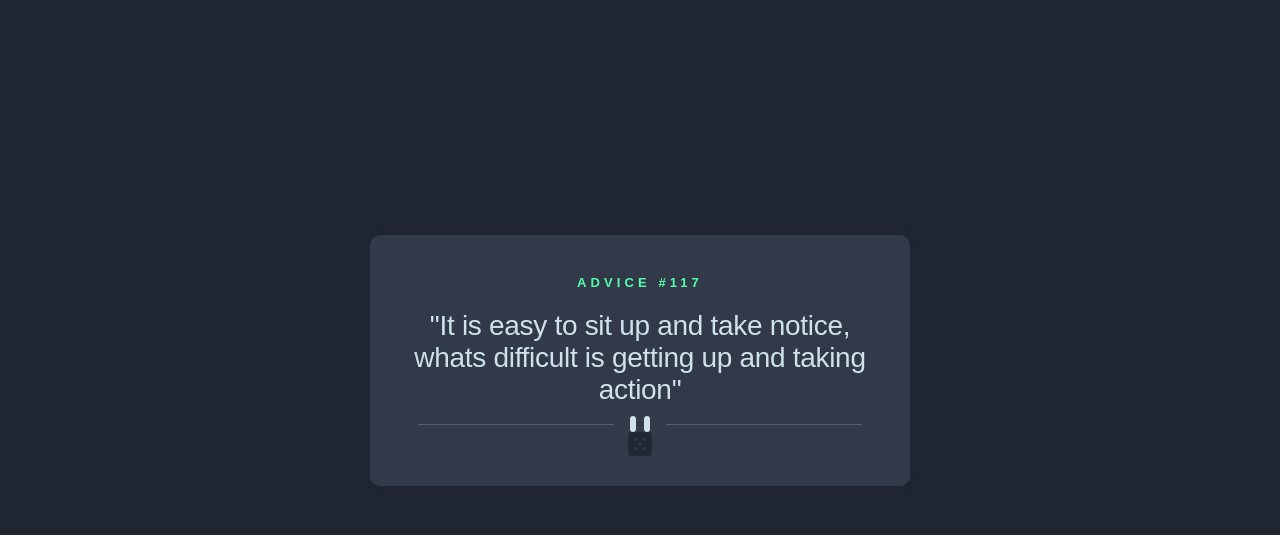
Repository: Arkitecth/advice-generator
Page: index.html
The author's editor kept a copy of each file at every save. The page is drawn from the files as they stood at one save, then again after the next save.
The browser window is 1280 px wide. The pictures show the whole page.

Above is the page before, as saved 2023-07-12 17:45:31.

### index.html
<!DOCTYPE html>
<html lang="en">
<head>
  <meta charset="UTF-8">
  <meta name="viewport" content="width=device-width, initial-scale=1.0"> <!-- displays site properly based on user's device -->

  <link rel="icon" type="image/png" sizes="32x32" href="./images/favicon-32x32.png">
  <link rel="stylesheet" href="style.css">
  <title>Advice generator app</title>

</head>
<body>
  <div class="container">
    <p class="advice">Advice <span class="advice-num">#117</span></p>
    <p class="advice-text">"It is easy to sit up and take notice, whats difficult is getting up and taking action"</p>
    <img src="images/pattern-divider-desktop.svg" alt="pattern-divider-desktop">
    <img src="images/icon-dice.svg" alt="dice-icon">
  </div>
</body>
</html>

### style.css
:root {
    --dark-blue: hsl(218, 23%, 16%);
    --dark-grayish-blue:hsl(217, 19%, 24%);
    --light-cyan:  hsl(193, 38%, 86%);
    --neon-green:hsl(150, 100%, 66%);
    --grayish-blue:hsl(217, 19%, 38%);
}
* {
    margin: 0;
    padding:0;
    box-sizing: border-box;
    font-family: 'Manrope', sans-serif;
}
@import url('https://fonts.googleapis.com/css2?family=Manrope:wght@800&display=swap');


body {
    background-color: var(--dark-blue);
    display: flex;
    height: 100vh;
    align-items: center;
}

.container {
    margin: 0 auto;
    background-color: var(--dark-grayish-blue);
    max-width: 540px;
    padding: 30px;
    border-radius: 10px;
    box-shadow: 3px 0px 5px var(--dark-blue);
    display: flex;
    flex-direction: column;
    align-items: center;
    align-content: space-around;
    justify-content: space-between;
}

.advice {
    color: var(--neon-green);
    text-transform: uppercase;
    font-weight: 800;
    letter-spacing: 4.086px;
    font-size: 0.8125rem;
    margin: 10px 10px;
}

.advice-text {
    color: var(--light-cyan);
    text-align: center;
    font-size: 28px;
    letter-spacing: -0.3px;
    margin: 10px 10px;
}

After the next save:
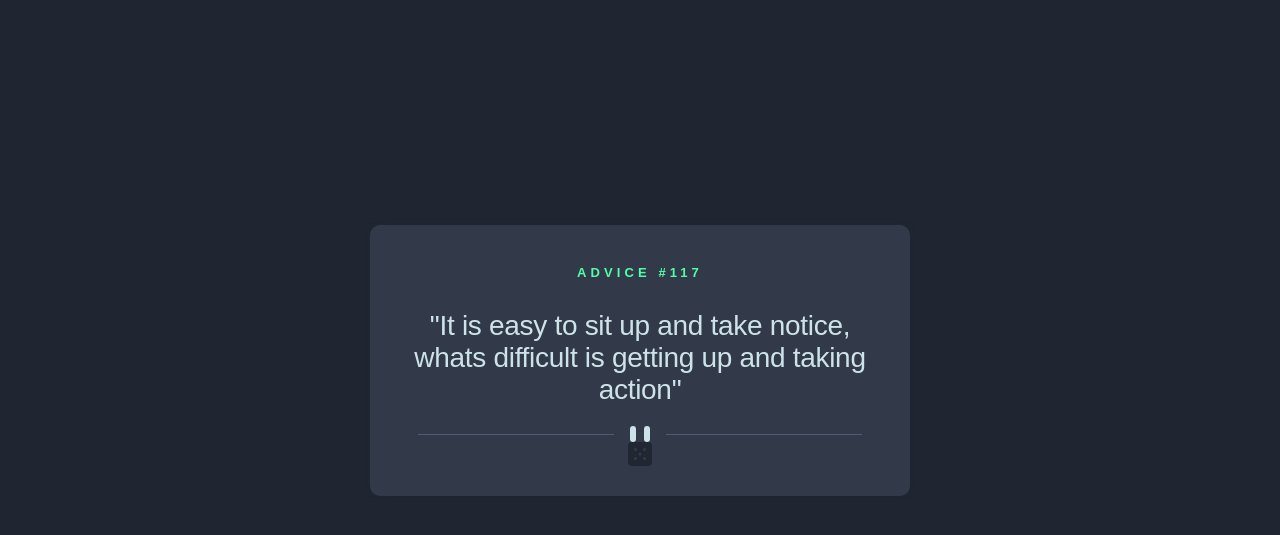
Saved 7 s later.
--- a/style.css
+++ b/style.css
@@ -49,5 +49,5 @@
     text-align: center;
     font-size: 28px;
     letter-spacing: -0.3px;
-    margin: 10px 10px;
+    margin: 20px 10px;
 }
